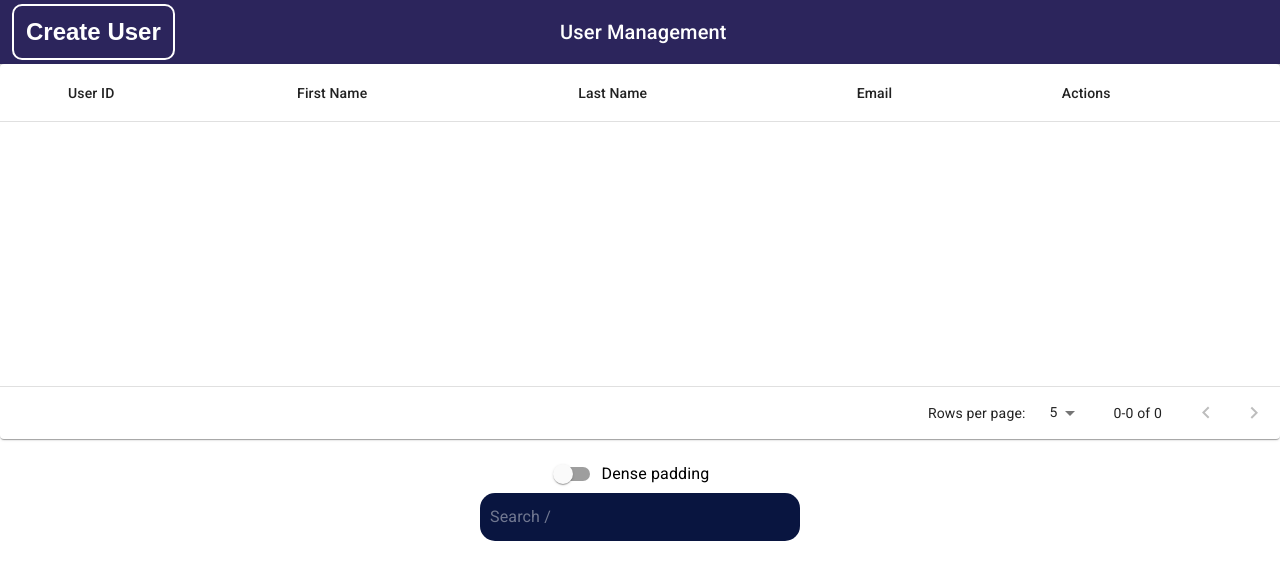
Repository: ginkakuzmanova/simple-user-management-system
Page: / (app in user-management-system/)
These files come from the project's save history. The page is drawn as it stood at one moment and after the next save; the edit follows.
The browser window is 1280 px wide. The pictures show the whole page.
The project was rebuilt for these pictures with package versions that can differ from the ones it lists, and the page was loaded fresh each time. Also part of the build but not shown: user-management-system/src/components/FormHeader.js, user-management-system/src/validation/userSchema.js, user-management-system/src/pages/users/UserEditForm.js, user-management-system/src/pages/users/UsersEditing.js, user-management-system/src/components/Notification.js, user-management-system/src/pages/users/UserForm.js, user-management-system/src/pages/users/UsersAddition.js.

Above is the page before, as saved 2020-10-31 13:52:28.

After the next save:
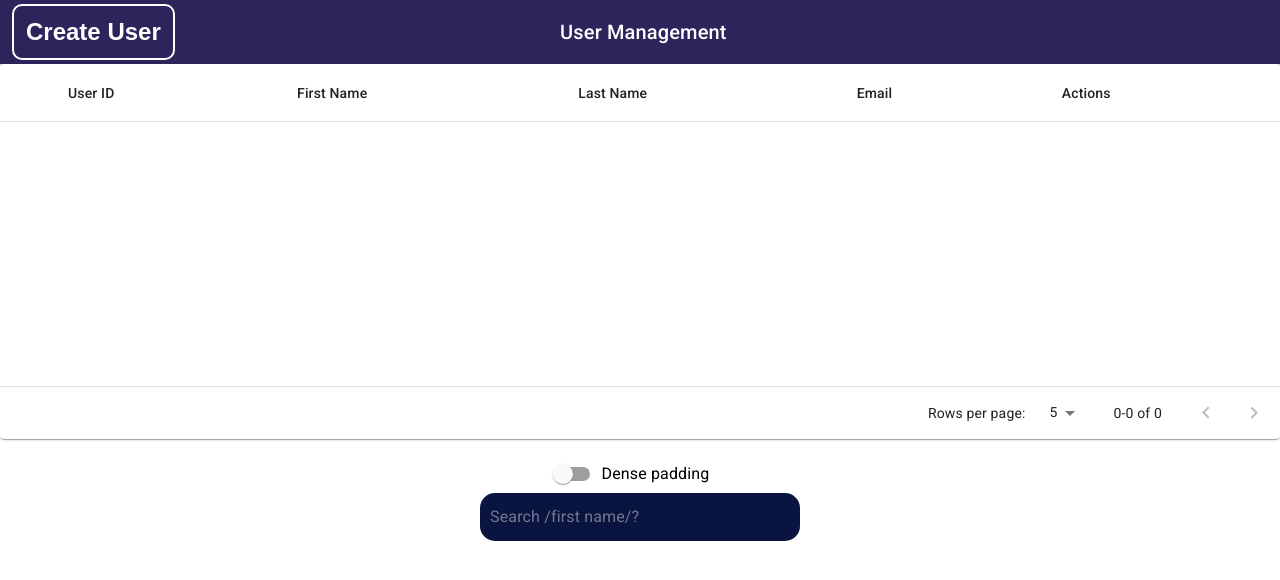
Saved 7 s later.
--- a/user-management-system/src/pages/users/UsersList.js
+++ b/user-management-system/src/pages/users/UsersList.js
@@ -333,7 +333,7 @@ export default function EnhancedTable() {
         label='Dense padding'
       />
       <InputBase
-        placeholder='Search /'
+        placeholder='Search /first name/?'
         style={{
           display: "block",
           width: "25%",
